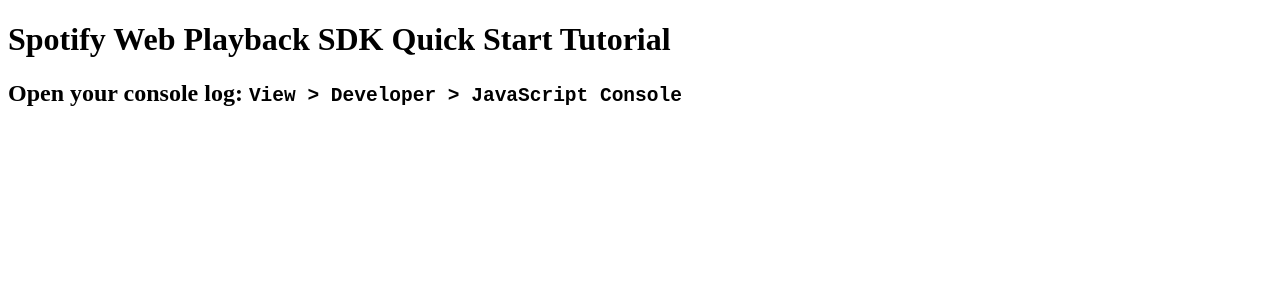
Repository: eunoia3269/leapjs
Page: examples/spotify_sample.html
The author's editor kept a copy of each file at every save. The page is drawn from the files as they stood at one save, then again after the next save.
The browser window is 1280 px wide. The pictures show the whole page.

Above is the page before, as saved 2019-12-25 17:20:40.

### examples/spotify_sample.html
<!DOCTYPE html>
<html>
<head>
  <title>Spotify Web Playback SDK Quick Start Tutorial</title>
</head>
<body>
  <h1>Spotify Web Playback SDK Quick Start Tutorial</h1>
  <h2>Open your console log: <code>View > Developer > JavaScript Console</code></h2>

  <script src="https://sdk.scdn.co/spotify-player.js"></script>
  <script>
    window.onSpotifyWebPlaybackSDKReady = () => {
        const token = 'BQBqhYUL52LSbP3t1v4y8iv6Cmljdo6zGsNF0h5sfNMQda99Ey6nFAOiyk0cmDT7IkITn9EWKVzfmqp_LbYkDg8MktCO-Z1WZBf07oE8Hf2ie3X98Ts2Xk6phVw3c0DXmKxyO2Q6TtYLj0i9lBx9_aF7w1ZF9gaMkZpqwkvhlmQNMoW51zKyFOo';
        const player = new Spotify.Player({
            name: 'Web Playback SDK Quick Start Player',
            getOAuthToken: cb => { cb(token); }
        });
        console.log(player);

        // Error handling
        player.addListener('initialization_error', ({ message }) => { console.error(message); });
        player.addListener('authentication_error', ({ message }) => { console.error(message); });
        player.addListener('account_error', ({ message }) => { console.error(message); });
        player.addListener('playback_error', ({ message }) => { console.error(message); });

        // Playback status updates
        player.addListener('player_state_changed', state => { console.log(state); });

        // Ready
        player.addListener('ready', ({ device_id }) => {
            console.log('Ready with Device ID', device_id);
        });

        // Not Ready
        player.addListener('not_ready', ({ device_id }) => {
            console.log('Device ID has gone offline', device_id);
        });

        // Connect to the player!
        player.connect().then(success => {
            if (success) {
                console.log('The Web Playback SDK successfully connected to Spotify!');
            }
        });

        // Get the local volume
        player.getVolume().then(volume => {
            let volume_percentage = volume * 100;
            console.log(`The volume of the player is ${volume_percentage}%`);
        });

        // Set the local volume
        player.setVolume(0.5).then(() => {
            console.log('Volume updated!');
        });

    }
  </script>
</body>
</html>

After the next save:
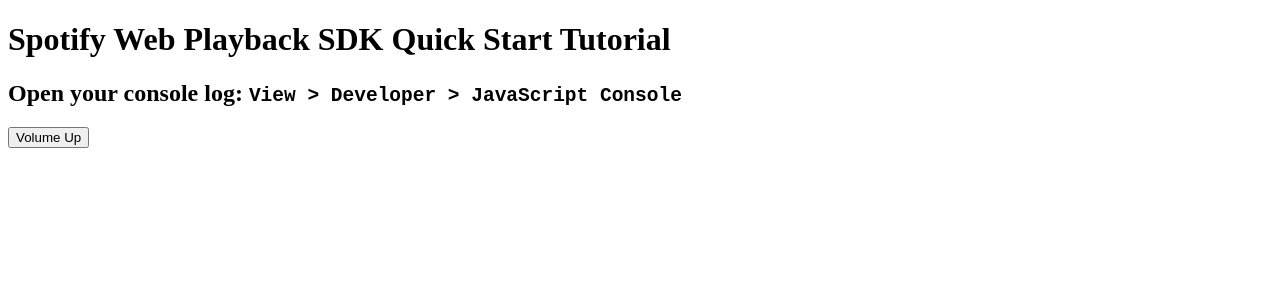
Saved 13 min 30 s later.
--- a/examples/spotify_sample.html
+++ b/examples/spotify_sample.html
@@ -6,9 +6,14 @@
 <body>
   <h1>Spotify Web Playback SDK Quick Start Tutorial</h1>
   <h2>Open your console log: <code>View > Developer > JavaScript Console</code></h2>
+  <button type="button" id="volume-up-button">Volume Up</button>
 
   <script src="https://sdk.scdn.co/spotify-player.js"></script>
   <script>
+    document.getElementById("volume-up-button").onclick = function() {
+
+    }
+
     window.onSpotifyWebPlaybackSDKReady = () => {
         const token = 'BQBqhYUL52LSbP3t1v4y8iv6Cmljdo6zGsNF0h5sfNMQda99Ey6nFAOiyk0cmDT7IkITn9EWKVzfmqp_LbYkDg8MktCO-Z1WZBf07oE8Hf2ie3X98Ts2Xk6phVw3c0DXmKxyO2Q6TtYLj0i9lBx9_aF7w1ZF9gaMkZpqwkvhlmQNMoW51zKyFOo';
         const player = new Spotify.Player({
